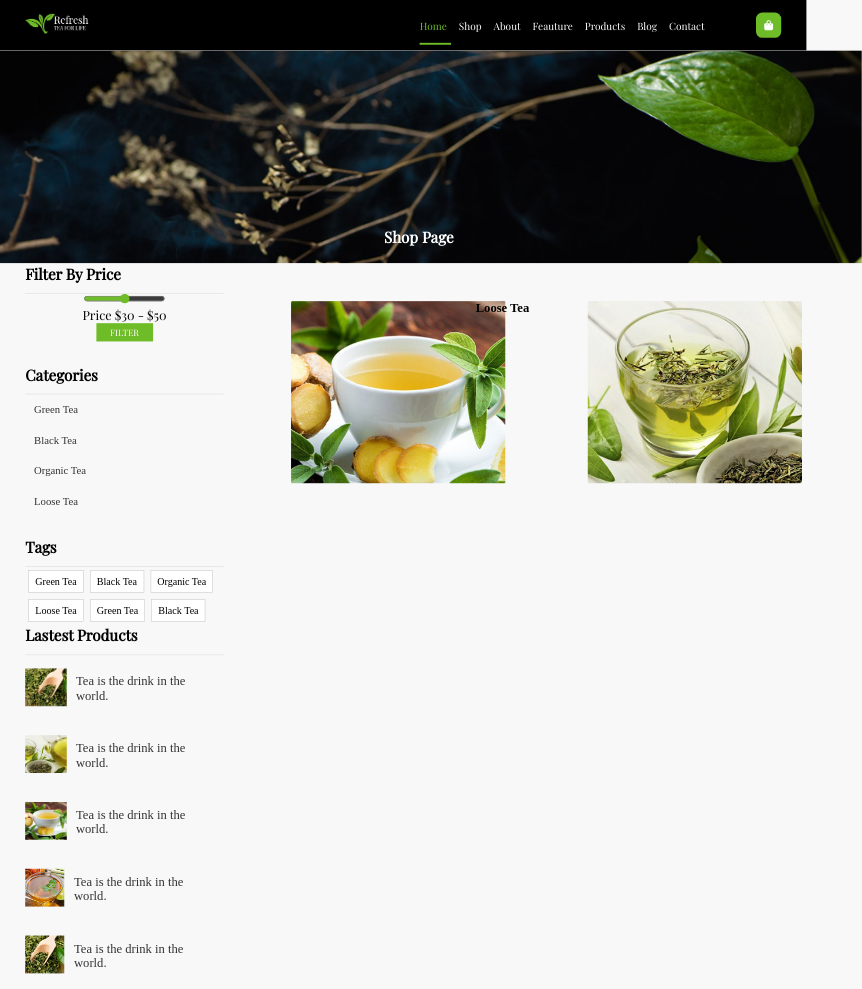
Repository: 52hzwhaleblue/school_teashop
Page: shop.html
These files come from the project's save history. The page is drawn as it stood at one moment and after the next save; the edit follows.
The browser window is 1280 px wide. The page is 1368 px wide, so the pictures cover 1368 px, including what lies to the right of the window. The pictures show the whole page, at 63% of full size.
Some web libraries are served in a nearby version.

Above is the page before, as saved 2022-05-04 23:20:37.

After the next save:
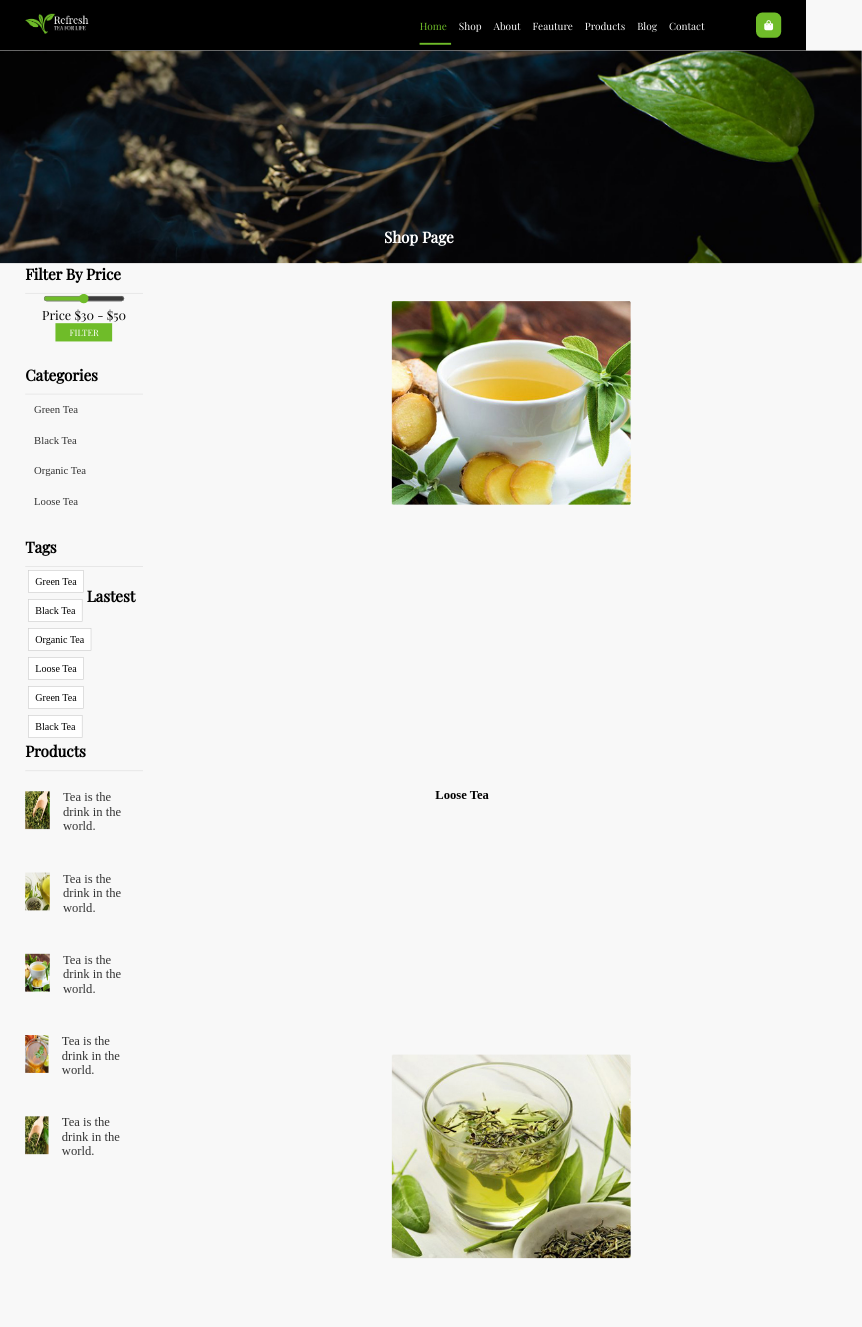
Saved 26 s later.
--- a/style.css
+++ b/style.css
@@ -745,7 +745,7 @@ ul{
 }
 .shopname {
   text-align: center;
-  padding: auto;
+  padding: 400px;
 }
 .shopname h4 {
     font-size: 20px;
